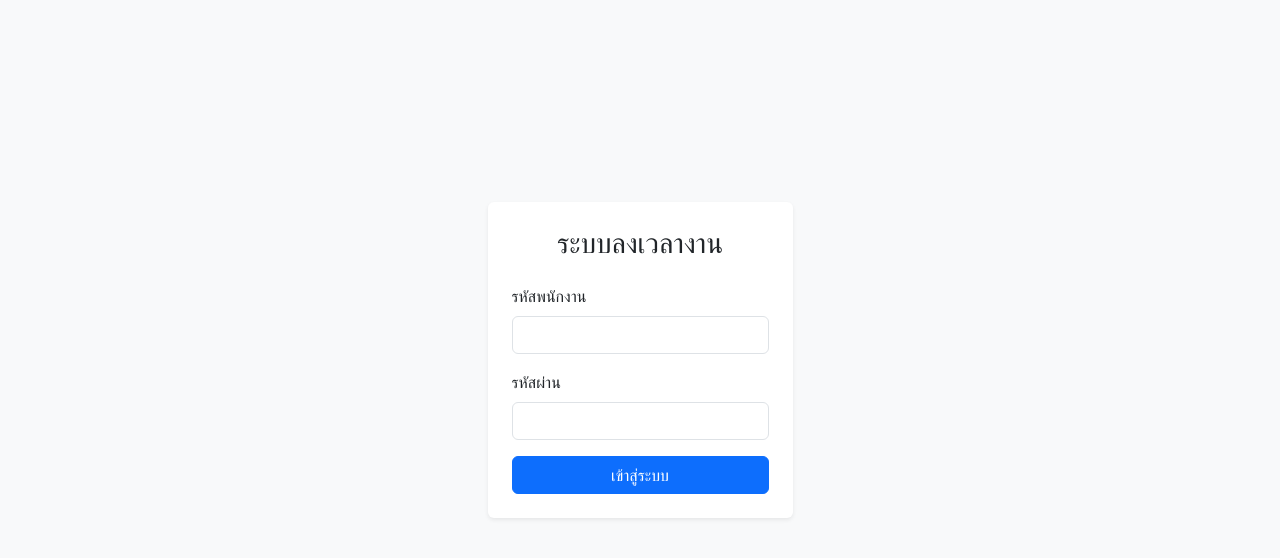
Repository: Jatuphonezyxx007/nice-project
Page: http://localhost/
These files come from the project's save history. The page is drawn as it stood at one moment and after the next save; the edit follows.
The browser window is 1280 px wide. The pictures show the whole page.
The page is run by PHP 8.4 with error messages shown; the project is at /var/www/html/. Queries for data that is not in the repository find no rows.

Above is the page before, as saved 2025-11-09 03:09:15.

### index.php
<?php
require_once 'config.php';

// ถ้า login แล้ว ให้ redirect ไปหน้า dashboard
if (isset($_SESSION['user_id'])) {
    if ($_SESSION['role'] == 'admin') {
        header('Location: admin/dashboard.php');
    } else {
        header('Location: employee/dashboard.php');
    }
    exit;
}

$error_message = '';

if ($_SERVER['REQUEST_METHOD'] == 'POST') {
    $employee_id = $_POST['employee_id'];
    $password = $_POST['password'];

    // ใช้ Prepared Statements เพื่อป้องกัน SQL Injection
    $stmt = $conn->prepare("SELECT * FROM users WHERE employee_id = ?");
    $stmt->bind_param("s", $employee_id);
    $stmt->execute();
    $result = $stmt->get_result();

    if ($result->num_rows == 1) {
        $user = $result->fetch_assoc();

        // ตรวจสอบรหัสผ่านที่ HASH ไว้
        if (password_verify($password, $user['password'])) {
            // รหัสผ่านถูกต้อง
            $_SESSION['user_id'] = $user['id'];
            $_SESSION['role'] = $user['role'];
            // (อัปเดต) ใช้ชื่อจาก DB ใหม่
            $_SESSION['name'] = $user['prefix_th'] . ' ' . $user['name_th'] . ' ' . $user['lastname_th'];

            // (*** เพิ่มบรรทัดนี้ ***)
            $_SESSION['profile_image'] = $user['profile_image']; // <-- เก็บรูปโปรไฟล์ลง Session

            // Redirect ตามสิทธิ์
            if ($user['role'] == 'admin') {
                header('Location: admin/dashboard.php');
            } else {
                header('Location: employee/dashboard.php');
            }
            exit;
        } else {
            $error_message = "รหัสผ่านไม่ถูกต้อง";
        }
    } else {
        $error_message = "ไม่พบรหัสพนักงานนี้ในระบบ";
    }
    $stmt->close();
}
$conn->close();
?>

<!DOCTYPE html>
<html lang="th">

<head>
    <meta charset="UTF-8">
    <meta name="viewport" content="width=device-width, initial-scale=1.0">
    <title>ระบบลงเวลางาน - Login</title>
    <link href="https://cdn.jsdelivr.net/npm/bootstrap@5.3.3/dist/css/bootstrap.min.css" rel="stylesheet">
    <style>
        body {
            background-color: #f8f9fa;
        }

        .login-container {
            max-width: 400px;
        }
    </style>
</head>

<body>
    <div class="container vh-100 d-flex justify-content-center align-items-center">
        <div class="login-container p-4 shadow-sm bg-white rounded">
            <h3 class="text-center mb-4">ระบบลงเวลางาน</h3>

            <?php if ($error_message): ?>
                <div class="alert alert-danger"><?php echo $error_message; ?></div>
            <?php endif; ?>

            <form method="POST" action="index.php">
                <div class="mb-3">
                    <label for="employee_id" class="form-label">รหัสพนักงาน</label>
                    <input type="text" class="form-control" id="employee_id" name="employee_id" required>
                </div>
                <div class="mb-3">
                    <label for="password" class="form-label">รหัสผ่าน</label>
                    <input type="password" class="form-control" id="password" name="password" required>
                </div>
                <button type="submit" class="btn btn-primary w-100">เข้าสู่ระบบ</button>
            </form>
        </div>
    </div>

    <script src="https://cdn.jsdelivr.net/npm/bootstrap@5.3.3/dist/js/bootstrap.bundle.min.js"></script>
</body>

</html>

### config.php
<?php
// config.php
define('DB_HOST', 'localhost');
define('DB_USER', 'root');
define('DB_PASS', ''); // ใส่รหัสผ่านของคุณ
define('DB_NAME', 'attendance_system');

// --- (ส่วนที่ 1: การตั้งค่าความปลอดภัย) ---

// 1. (ป้องกัน Brute Force) ตั้งค่าการจำกัดการ Login
define('MAX_LOGIN_ATTEMPTS', 5); // ล็อกหลังจากพยายามผิด 5 ครั้ง
define('LOGIN_TIME_PERIOD', 900); // ภายใน 15 นาที (900 วินาที)

// 2. (ป้องกัน Session Hijacking & CSRF) ตั้งค่า Session ให้ปลอดภัยสูงสุด
// สั่งให้ PHP ใช้ Cookie ที่ปลอดภัยเท่านั้น
ini_set('session.use_only_cookies', 1);
// (ป้องกัน XSS) ห้าม JavaScript อ่านค่า Cookie (HttpOnly)
ini_set('session.cookie_httponly', 1);
// (ป้องกัน CSRF) จำกัด Cookie ให้ส่งเฉพาะโดเมนเรา
ini_set('session.cookie_samesite', 'Strict');

// (*** สำคัญมาก ***)
// ถ้าเว็บของคุณเป็น HTTPS (มี SSL) ให้เปิดบรรทัดนี้:
// ini_set('session.cookie_secure', 1);
// (ถ้าคุณยังใช้ http://localhost อย่าเพิ่งเปิด บรรทัดนี้ เพราะจะทำให้ Login ไม่ได้)

// --- (ส่วนที่ 2: เชื่อมต่อ DB และเริ่ม Session) ---

// เริ่ม Session "หลังจาก" ตั้งค่า ini_set แล้ว
if (session_status() == PHP_SESSION_NONE) {
    session_start();
}

$conn = new mysqli(DB_HOST, DB_USER, DB_PASS, DB_NAME);

if ($conn->connect_error) {
    die("Connection failed: " . $conn->connect_error);
}

$conn->set_charset("utf8mb4");
date_default_timezone_set('Asia/Bangkok');
define('BASE_URL', '/nice'); // (แก้ Path ของคุณให้ถูกต้อง)
?>

After the next save:
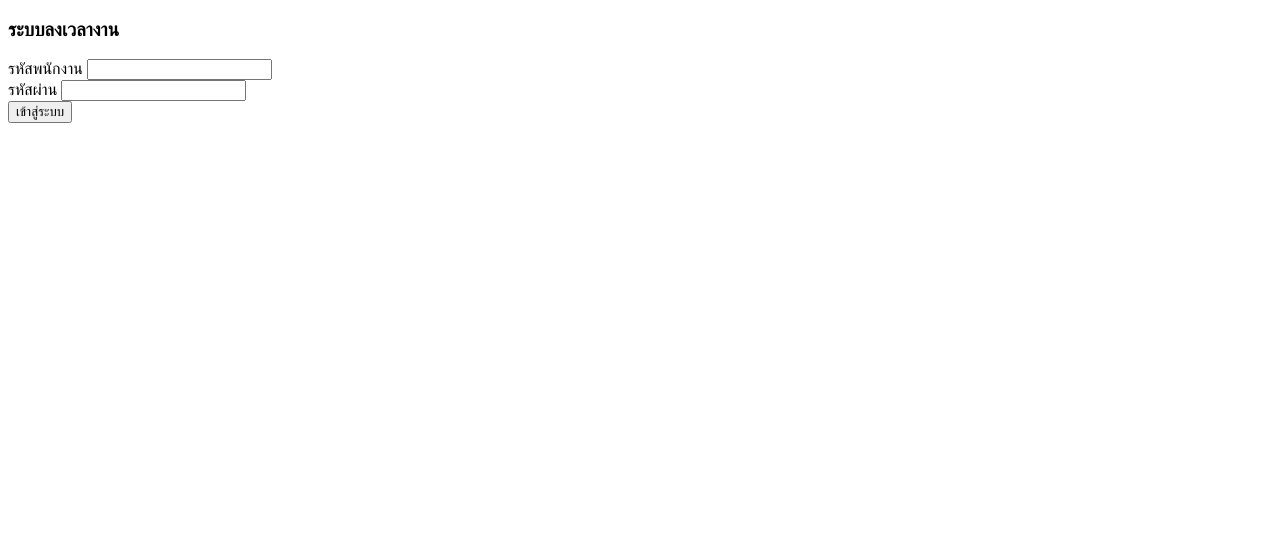
Saved 12 s later.
--- a/index.php
+++ b/index.php
@@ -1,7 +1,7 @@
 <?php
 require_once 'config.php';
 
-// ถ้า login แล้ว ให้ redirect ไปหน้า dashboard
+// ถ้า login แล้ว ให้ redirect
 if (isset($_SESSION['user_id'])) {
     if ($_SESSION['role'] == 'admin') {
         header('Location: admin/dashboard.php');
@@ -12,12 +12,30 @@ if (isset($_SESSION['user_id'])) {
 }
 
 $error_message = '';
+$is_blocked = false;
+// (ใหม่) ดึง IP ของผู้ใช้
+$ip_address = $_SERVER['REMOTE_ADDR'];
 
-if ($_SERVER['REQUEST_METHOD'] == 'POST') {
+// (ใหม่) 1. ตรวจสอบว่า IP นี้ถูกบล็อกหรือไม่ (ป้องกัน Brute Force)
+$stmt_check = $conn->prepare("SELECT COUNT(*) FROM login_attempts WHERE ip_address = ? AND timestamp > (NOW() - INTERVAL ? SECOND)");
+$time_period = LOGIN_TIME_PERIOD;
+$stmt_check->bind_param("si", $ip_address, $time_period);
+$stmt_check->execute();
+$stmt_check->bind_result($attempts_count);
+$stmt_check->fetch();
+$stmt_check->close();
+
+if ($attempts_count >= MAX_LOGIN_ATTEMPTS) {
+    $is_blocked = true;
+    $error_message = "คุณพยายาม Login ผิดพลาดบ่อยเกินไป กรุณารอสักครู่ (15 นาที) แล้วลองใหม่";
+}
+
+// 2. ถ้าไม่ถูกบล็อก และมีการส่งฟอร์มมา
+if ($_SERVER['REQUEST_METHOD'] == 'POST' && !$is_blocked) {
     $employee_id = $_POST['employee_id'];
     $password = $_POST['password'];
 
-    // ใช้ Prepared Statements เพื่อป้องกัน SQL Injection
+    // (ป้องกัน SQL Injection - เหมือนเดิม)
     $stmt = $conn->prepare("SELECT * FROM users WHERE employee_id = ?");
     $stmt->bind_param("s", $employee_id);
     $stmt->execute();
@@ -26,29 +44,54 @@ if ($_SERVER['REQUEST_METHOD'] == 'POST') {
     if ($result->num_rows == 1) {
         $user = $result->fetch_assoc();
 
-        // ตรวจสอบรหัสผ่านที่ HASH ไว้
+        // (เหมือนเดิม) ตรวจสอบรหัสผ่านที่ HASH ไว้
         if (password_verify($password, $user['password'])) {
-            // รหัสผ่านถูกต้อง
+
+            // --- (ใหม่) สำเร็จ: ล้างประวัติการพยายามผิด และสร้าง Session ใหม่ ---
+
+            // 1. ล้างการพยายาม
+            $stmt_clear = $conn->prepare("DELETE FROM login_attempts WHERE ip_address = ?");
+            $stmt_clear->bind_param("s", $ip_address);
+            $stmt_clear->execute();
+            $stmt_clear->close();
+
+            // 2. (ป้องกัน Session Fixation) สร้าง ID Session ใหม่ทั้งหมด
+            session_regenerate_id(true);
+
+            // 3. ตั้งค่า Session (เหมือนเดิม + อัปเดตใหม่)
             $_SESSION['user_id'] = $user['id'];
             $_SESSION['role'] = $user['role'];
-            // (อัปเดต) ใช้ชื่อจาก DB ใหม่
             $_SESSION['name'] = $user['prefix_th'] . ' ' . $user['name_th'] . ' ' . $user['lastname_th'];
+            $_SESSION['profile_image'] = $user['profile_image'];
 
-            // (*** เพิ่มบรรทัดนี้ ***)
-            $_SESSION['profile_image'] = $user['profile_image']; // <-- เก็บรูปโปรไฟล์ลง Session
+            // 4. (ใหม่) ป้องกัน Session Hijacking (เก็บ User Agent ไว้เช็ค)
+            $_SESSION['user_agent'] = $_SERVER['HTTP_USER_AGENT'];
 
-            // Redirect ตามสิทธิ์
+            // Redirect
             if ($user['role'] == 'admin') {
                 header('Location: admin/dashboard.php');
             } else {
                 header('Location: employee/dashboard.php');
             }
             exit;
+
         } else {
-            $error_message = "รหัสผ่านไม่ถูกต้อง";
+            // (ใหม่) รหัสผ่านผิด: บันทึกการพยายาม
+            $stmt_log = $conn->prepare("INSERT INTO login_attempts (ip_address) VALUES (?)");
+            $stmt_log->bind_param("s", $ip_address);
+            $stmt_log->execute();
+            $stmt_log->close();
+
+            $error_message = "รหัสพนักงาน หรือ รหัสผ่านไม่ถูกต้อง";
         }
     } else {
-        $error_message = "ไม่พบรหัสพนักงานนี้ในระบบ";
+        // (ใหม่) ไม่พบชื่อผู้ใช้: บันทึกการพยายาม (เพื่อป้องกันการสุ่มชื่อ)
+        $stmt_log = $conn->prepare("INSERT INTO login_attempts (ip_address) VALUES (?)");
+        $stmt_log->bind_param("s", $ip_address);
+        $stmt_log->execute();
+        $stmt_log->close();
+
+        $error_message = "รหัสพนักงาน หรือ รหัสผ่านไม่ถูกต้อง";
     }
     $stmt->close();
 }
@@ -57,23 +100,8 @@ $conn->close();
 
 <!DOCTYPE html>
 <html lang="th">
-
 <head>
-    <meta charset="UTF-8">
-    <meta name="viewport" content="width=device-width, initial-scale=1.0">
-    <title>ระบบลงเวลางาน - Login</title>
-    <link href="https://cdn.jsdelivr.net/npm/bootstrap@5.3.3/dist/css/bootstrap.min.css" rel="stylesheet">
-    <style>
-        body {
-            background-color: #f8f9fa;
-        }
-
-        .login-container {
-            max-width: 400px;
-        }
-    </style>
-</head>
-
+    </head>
 <body>
     <div class="container vh-100 d-flex justify-content-center align-items-center">
         <div class="login-container p-4 shadow-sm bg-white rounded">
@@ -86,18 +114,20 @@ $conn->close();
             <form method="POST" action="index.php">
                 <div class="mb-3">
                     <label for="employee_id" class="form-label">รหัสพนักงาน</label>
-                    <input type="text" class="form-control" id="employee_id" name="employee_id" required>
+                    <input type="text" class="form-control" id="employee_id" name="employee_id" required
+                           <?php if ($is_blocked) echo 'disabled'; // (ใหม่) ปิดช่องถ้าถูกบล็อก ?>>
                 </div>
                 <div class="mb-3">
                     <label for="password" class="form-label">รหัสผ่าน</label>
-                    <input type="password" class="form-control" id="password" name="password" required>
+                    <input type="password" class="form-control" id="password" name="password" required
+                           <?php if ($is_blocked) echo 'disabled'; // (ใหม่) ปิดช่องถ้าถูกบล็อก ?>>
                 </div>
-                <button type="submit" class="btn btn-primary w-100">เข้าสู่ระบบ</button>
+                <button type="submit" class="btn btn-primary w-100"
+                        <?php if ($is_blocked) echo 'disabled'; // (ใหม่) ปิดปุ่มถ้าถูกบล็อก ?>>
+                    เข้าสู่ระบบ
+                </button>
             </form>
         </div>
     </div>
-
-    <script src="https://cdn.jsdelivr.net/npm/bootstrap@5.3.3/dist/js/bootstrap.bundle.min.js"></script>
-</body>
-
+    </body>
 </html>
